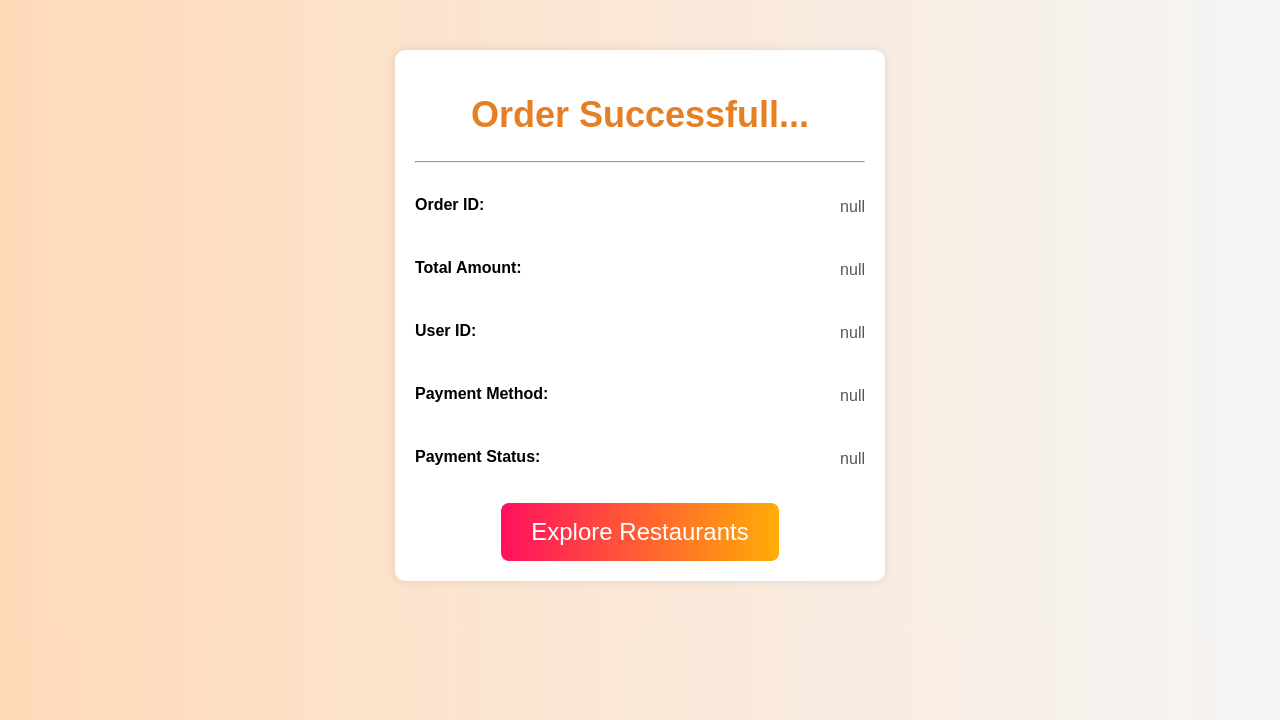
Repository: SWATHIBHUMA/FoodDelivaryApp
Page: http://localhost/FoodDelivaryApp/orderConfirmation.jsp
These files come from the project's save history. The page is drawn as it stood at one moment and after the next save; the edit follows.
The browser window is 1280 px wide. The pictures show the whole page.
The page is served by Tomcat 9.

Above is the page before, as saved 2024-01-16 07:44:44.

After the next save:
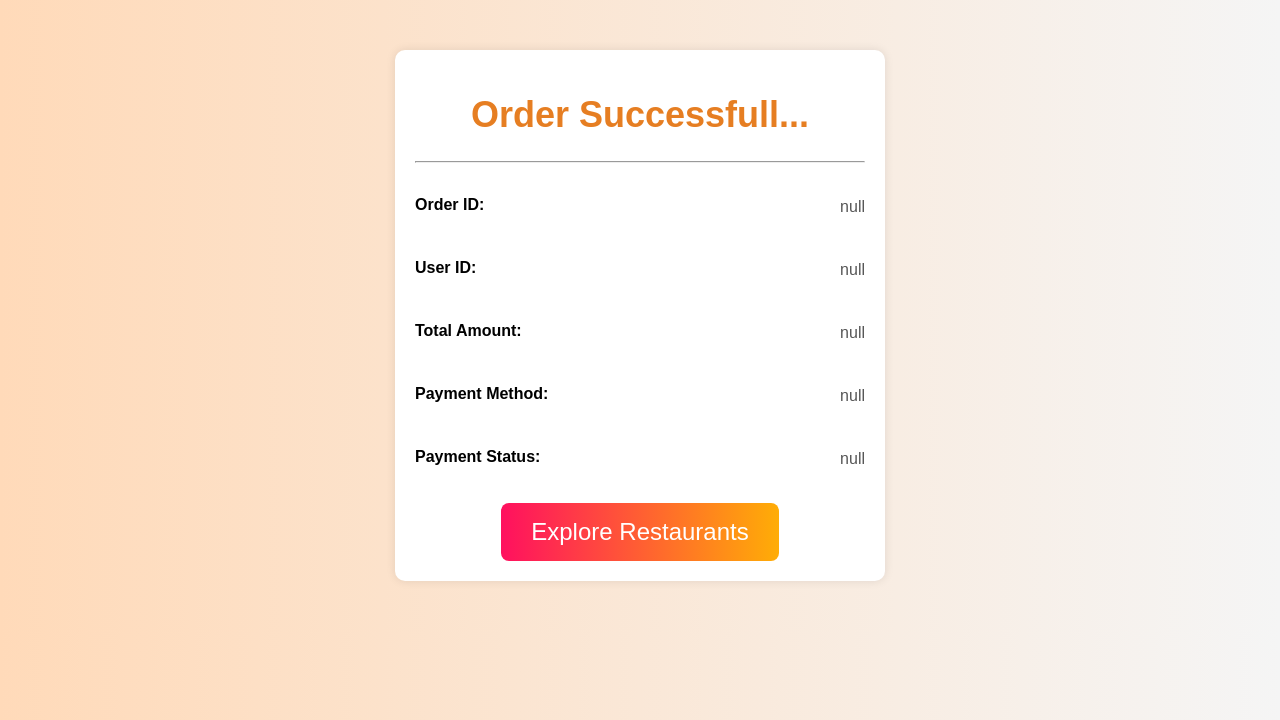
Saved 19 s later.
--- a/FoodDelivaryApp/src/main/webapp/orderConfirmation.jsp
+++ b/FoodDelivaryApp/src/main/webapp/orderConfirmation.jsp
@@ -142,14 +142,14 @@
             <p><%= orderId %></p>
         </div>
 
+		<div class="form-group">
+            <label class="form-label">User ID:</label>
+            <p><%= userId %></p>
+        </div>
+
         <div class="form-group">
             <label class="form-label">Total Amount:</label>
             <p><%= totalAmount %></p>
-        </div>
-
-        <div class="form-group">
-            <label class="form-label">User ID:</label>
-            <p><%= userId %></p>
         </div>
 
         <div class="form-group">
